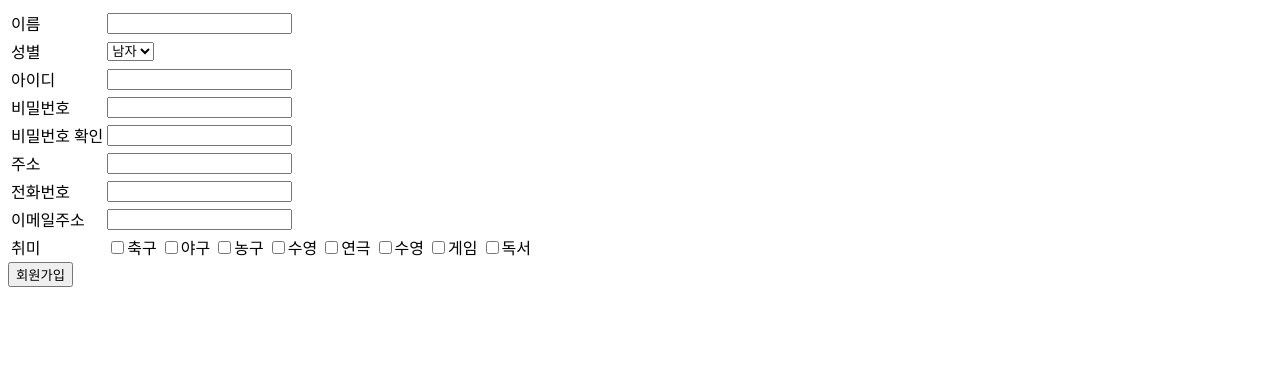
Repository: zero1128/20201113
Page: chap04/WebContent/join.html
The author's editor kept a copy of each file at every save. The page is drawn from the files as they stood at one save, then again after the next save.
The browser window is 1280 px wide. The pictures show the whole page.

Above is the page before, as saved 2020-11-05 00:36:14.

### chap04/WebContent/join.html
<!DOCTYPE html>
<html>
<head>
<meta charset="UTF-8">
<title>Insert title here</title>
</head>
<body>
<form action="Join">
	<table>
		<tr><td>이름</td><td><input type="text" name="name"/></td></tr>
		<tr><td>성별</td>
			<td>
				<select name="gender">
					<option value="남자">남자</option>
					<option value="여자">여자</option>
				</select>
			</td>
		</tr>
		<tr><td>아이디</td><td><input type="text" name="id"/></td></tr>
		<tr><td>비밀번호</td><td><input type="text" name="pwd"/></td></tr>
		<tr><td>비밀번호 확인</td><td><input type="text" name="cpwd"/></td></tr>
		<tr><td>주소</td><td><input type="text" name="addr"/></td></tr>
		<tr><td>전화번호</td><td><input type="text" name="phone"/></td></tr>
		<tr><td>이메일주소</td><td><input type="text" name="email"/></td></tr>
		<tr><td>취미</td>
			<td><input type="checkbox" name="hobby" value="축구"/>축구
			<input type="checkbox" name="hobby" value="야구"/>야구
			<input type="checkbox" name="hobby" value="농구"/>농구
			<input type="checkbox" name="hobby" value="수영"/>수영
			<input type="checkbox" name="hobby" value="연극"/>연극
			<input type="checkbox" name="hobby" value="수영"/>수영
			<input type="checkbox" name="hobby" value="게임"/>게임
			<input type="checkbox" name="hobby" value="독서"/>독서
			</td>
		</tr>
	</table>
	<input type="submit" value="회원가입"/>
</form>
</body>
</html>

After the next save:
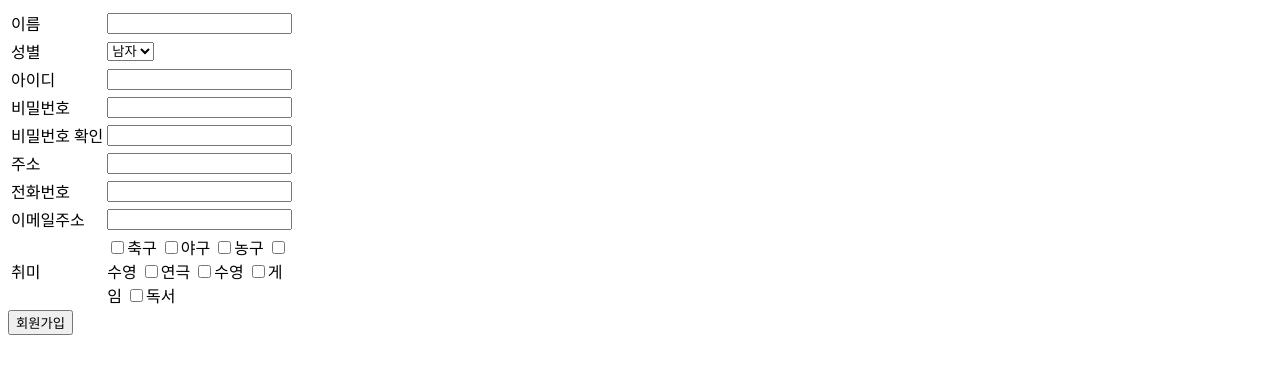
Saved 28 s later.
--- a/chap04/WebContent/join.html
+++ b/chap04/WebContent/join.html
@@ -23,7 +23,7 @@
 		<tr><td>전화번호</td><td><input type="text" name="phone"/></td></tr>
 		<tr><td>이메일주소</td><td><input type="text" name="email"/></td></tr>
 		<tr><td>취미</td>
-			<td><input type="checkbox" name="hobby" value="축구"/>축구
+			<td style="width:150px;"><input type="checkbox" name="hobby" value="축구"/>축구
 			<input type="checkbox" name="hobby" value="야구"/>야구
 			<input type="checkbox" name="hobby" value="농구"/>농구
 			<input type="checkbox" name="hobby" value="수영"/>수영
